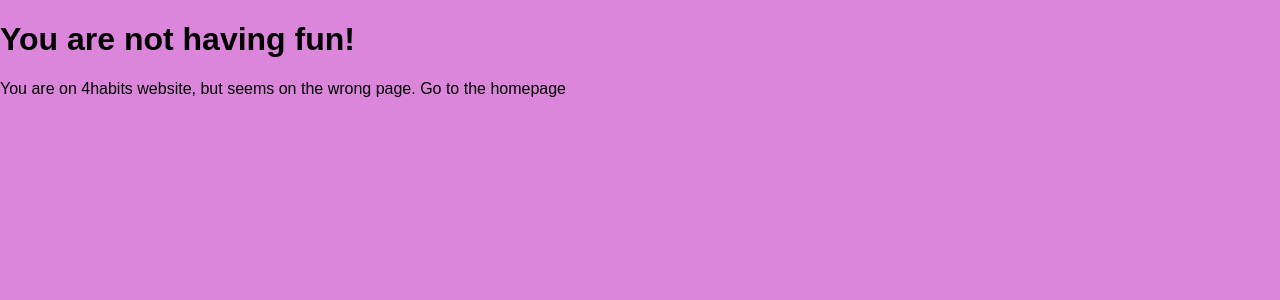
Repository: MLbier/project4habits
Page: public/404.html
The author's editor kept a copy of each file at every save. The page is drawn from the files as they stood at one save, then again after the next save.
The browser window is 1280 px wide. The pictures show the whole page.

Above is the page before, as saved 2021-12-03 13:14:54.

After the next save:
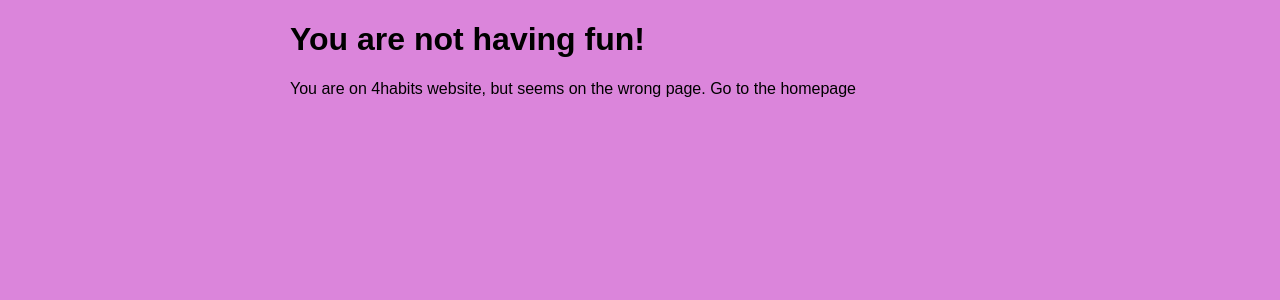
Saved 26 s later.
--- a/public/404.html
+++ b/public/404.html
@@ -9,6 +9,7 @@
     background-color:rgb(219, 133, 219);
     font-family: Arial, Helvetica, sans-serif;
     margin:0 auto;
+    max-width: 700px;
   }
   .rails-default-error-page div.dialog {
     width: 95%;
